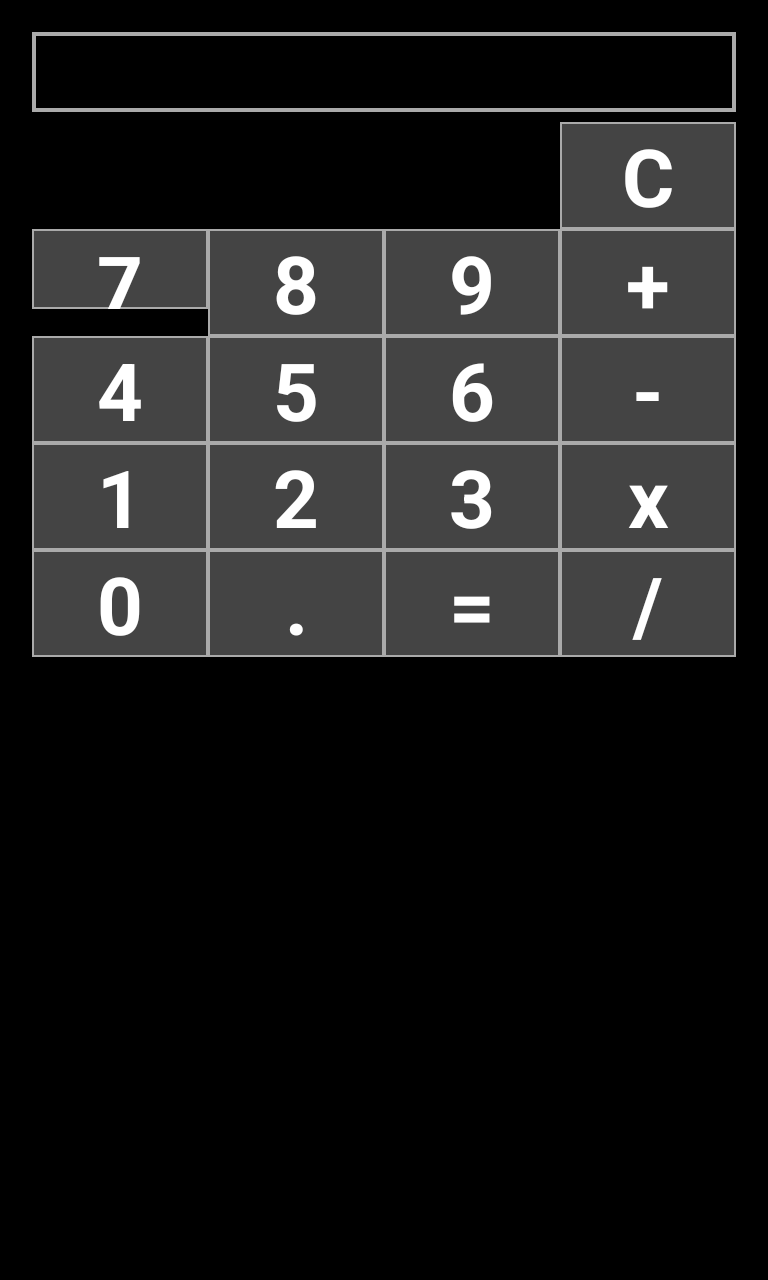
Repository: G3rcar/Android-I
Layout: SimpleCalculator/res/layout/activity_main.xml
These files come from the project's save history. The layout is drawn as it stood at one moment and after the next save; the edit follows.
It is drawn on a 768 x 1280 px phone screen (xhdpi) without system bars, with theme AppTheme; the app's code is not run.

Above is the layout before, as saved 2013-11-09 18:15:58.

### SimpleCalculator/res/layout/activity_main.xml
<ScrollView xmlns:android="http://schemas.android.com/apk/res/android"
    xmlns:tools="http://schemas.android.com/tools"
    android:id="@+id/ScrollView1"
    android:layout_width="match_parent"
    android:layout_height="match_parent"
    android:background="#000000"
    android:paddingBottom="@dimen/activity_vertical_margin"
    android:paddingLeft="@dimen/activity_horizontal_margin"
    android:paddingRight="@dimen/activity_horizontal_margin"
    android:paddingTop="@dimen/activity_vertical_margin" >

    <LinearLayout
        android:layout_width="match_parent"
        android:layout_height="wrap_content"
        android:orientation="vertical" >

        <TextView
            android:id="@+id/txvOperaciones"
            style="@style/operacionesTexto"
            android:layout_width="match_parent"
            android:layout_height="40dp" />

        <LinearLayout
            android:layout_width="match_parent"
            android:layout_height="wrap_content"
            android:paddingTop="5dp" >

            <TextView
                android:id="@+id/txvResultado"
                style="@style/resultadoNumero"
                android:layout_width="0dp"
                android:layout_weight="3"
                android:layout_height="match_parent" />

            <Button
                android:id="@+id/btnLimpiar"
                style="@style/botonNumero"
                android:layout_width="0dp"
                android:layout_height="wrap_content"
                android:layout_weight="1"
                android:text="@string/lblClear" />
        </LinearLayout>

        <LinearLayout
            android:layout_width="match_parent"
            android:layout_height="match_parent" >

            <Button
                android:id="@+id/btnSiete"
                style="@style/botonNumero"
                android:layout_width="0dp"
                android:layout_height="40dp"
                android:layout_weight="1"
                android:text="@string/lblNumSiete" />

            <Button
                android:id="@+id/btnOcho"
                style="@style/botonNumero"
                android:layout_width="0dp"
                android:layout_height="wrap_content"
                android:layout_weight="1"
                android:text="@string/lblNumOcho" />

            <Button
                android:id="@+id/btnNueve"
                style="@style/botonNumero"
                android:layout_width="0dp"
                android:layout_height="wrap_content"
                android:layout_weight="1"
                android:text="@string/lblNumNueve" />

            <Button
                android:id="@+id/btnMas"
                style="@style/botonNumero"
                android:layout_width="0dp"
                android:layout_height="wrap_content"
                android:layout_weight="1"
                android:text="@string/lblMas" />
        </LinearLayout>

        <LinearLayout
            android:layout_width="match_parent"
            android:layout_height="match_parent" >

            <Button
                android:id="@+id/btnCuatro"
                style="@style/botonNumero"
                android:layout_width="0dp"
                android:layout_height="wrap_content"
                android:layout_weight="1"
                android:text="@string/lblNumCuatro" />

            <Button
                android:id="@+id/btnCinco"
                style="@style/botonNumero"
                android:layout_width="0dp"
                android:layout_height="wrap_content"
                android:layout_weight="1"
                android:text="@string/lblNumCinco" />

            <Button
                android:id="@+id/btnSeis"
                style="@style/botonNumero"
                android:layout_width="0dp"
                android:layout_height="wrap_content"
                android:layout_weight="1"
                android:text="@string/lblNumSeis" />

            <Button
                android:id="@+id/btnMenos"
                style="@style/botonNumero"
                android:layout_width="0dp"
                android:layout_height="wrap_content"
                android:layout_weight="1"
                android:text="@string/lblMenos" />
        </LinearLayout>

        <LinearLayout
            android:layout_width="match_parent"
            android:layout_height="match_parent" >

            <Button
                android:id="@+id/btnUno"
                style="@style/botonNumero"
                android:layout_width="0dp"
                android:layout_height="wrap_content"
                android:layout_weight="1"
                android:text="@string/lblNumUno" />

            <Button
                android:id="@+id/btnDos"
                style="@style/botonNumero"
                android:layout_width="0dp"
                android:layout_height="wrap_content"
                android:layout_weight="1"
                android:text="@string/lblNumDos" />

            <Button
                android:id="@+id/btnTres"
                style="@style/botonNumero"
                android:layout_width="0dp"
                android:layout_height="wrap_content"
                android:layout_weight="1"
                android:text="@string/lblNumTres" />

            <Button
                android:id="@+id/btnMultiplicacion"
                style="@style/botonNumero"
                android:layout_width="0dp"
                android:layout_height="wrap_content"
                android:layout_weight="1"
                android:text="@string/lblMultiplicacion" />
        </LinearLayout>

        <LinearLayout
            android:layout_width="match_parent"
            android:layout_height="match_parent" >

            <Button
                android:id="@+id/btnCero"
                style="@style/botonNumero"
                android:layout_width="0dp"
                android:layout_height="wrap_content"
                android:layout_weight="1"
                android:text="@string/lblNumCero" />

            <Button
                android:id="@+id/btnPunto"
                style="@style/botonNumero"
                android:layout_width="0dp"
                android:layout_height="wrap_content"
                android:layout_weight="1"
                android:text="@string/lblPunto" />

            <Button
                android:id="@+id/btnIgual"
                style="@style/botonNumero"
                android:layout_width="0dp"
                android:layout_height="wrap_content"
                android:layout_weight="1"
                android:text="@string/lblIgual" />

            <Button
                android:id="@+id/btnDivision"
                style="@style/botonNumero"
                android:layout_width="0dp"
                android:layout_height="wrap_content"
                android:layout_weight="1"
                android:text="@string/lblDivision" />
        </LinearLayout>
    </LinearLayout>

</ScrollView>

### SimpleCalculator/res/values/styles.xml
<resources xmlns:android="http://schemas.android.com/apk/res/android">

    <!--
        Base application theme, dependent on API level. This theme is replaced
        by AppBaseTheme from res/values-vXX/styles.xml on newer devices.
    -->
    <style name="AppBaseTheme" parent="android:Theme.Light">
        <!--
            Theme customizations available in newer API levels can go in
            res/values-vXX/styles.xml, while customizations related to
            backward-compatibility can go here.
        -->
    </style>

    <!-- Application theme. -->
    <style name="AppTheme" parent="AppBaseTheme">
        <!-- All customizations that are NOT specific to a particular API-level can go here. -->
    </style>
    <style name="botonNumero">
        <item name="android:textSize">40sp</item>
        <item name="android:textStyle">bold</item>
        <item name="android:background">@drawable/button_number</item>
        <item name="android:textColor">#FFFFFF</item>
    </style>

    <style name="resultadoNumero">
        <item name="android:textSize">35sp</item>
        <item name="android:gravity">right|center</item>
        <item name="android:paddingRight">5dp</item>
        <item name="android:textColor">#FFFFFF</item>
    </style>
    <style name="operacionesTexto">
        <item name="android:textSize">15sp</item>
        <item name="android:gravity">left|center</item>
        <item name="android:paddingLeft">5dp</item>
        <item name="android:background">@drawable/border</item>

    </style>



</resources>

### SimpleCalculator/res/values/strings.xml
<?xml version="1.0" encoding="utf-8"?>
<resources>

    <string name="app_name">Simple Calculator</string>
    <string name="action_settings">Settings</string>
    <string name="hello_world">Hello world!</string>
    <string name="lblNumSiete">7</string>
    <string name="lblNumOcho">8</string>
    <string name="lblNumNueve">9</string>
    <string name="lblMas">+</string>
    <string name="lblNumCuatro">4</string>
    <string name="lblNumCinco">5</string>
    <string name="lblNumSeis">6</string>
    <string name="lblMenos">-</string>
    <string name="lblNumUno">1</string>
    <string name="lblNumDos">2</string>
    <string name="lblNumTres">3</string>
    <string name="lblMultiplicacion">x</string>
    <string name="lblNumCero">0</string>
    <string name="lblPunto">.</string>
    <string name="lblIgual">=</string>
    <string name="lblDivision">/</string>
    <string name="lblClear">C</string>

</resources>

### SimpleCalculator/res/drawable/button_number.xml
<?xml version="1.0" encoding="utf-8"?>
<selector xmlns:android="http://schemas.android.com/apk/res/android">
    <item
        android:state_pressed="true"
        android:state_enabled="true"
        android:drawable="@drawable/button_pressed" />
    <item
        android:state_focused="true"
        android:state_enabled="true"
        android:drawable="@drawable/button_normal" />
    <item
        android:state_focused="false"
        android:state_enabled="false"
        android:drawable="@drawable/button_normal" />
    <item android:drawable="@drawable/button_normal"/>
</selector>

### SimpleCalculator/res/drawable/button_pressed.xml
<?xml version="1.0" encoding="utf-8"?>
<shape xmlns:android="http://schemas.android.com/apk/res/android" >
    <solid
        android:color="#888888">
    </solid>
	<stroke android:width="1dp" android:color="#AAAAAA"/>

</shape>

### SimpleCalculator/res/drawable/button_normal.xml
<?xml version="1.0" encoding="utf-8"?>
<shape xmlns:android="http://schemas.android.com/apk/res/android" >
    <solid
        android:color="#444444">
    </solid>
	<stroke android:width="1dp" android:color="#AAAAAA"/>

</shape>

### SimpleCalculator/res/drawable/border.xml
<?xml version="1.0" encoding="utf-8"?>
<shape xmlns:android="http://schemas.android.com/apk/res/android" >
	<solid android:color="#000000" />
	<stroke android:width="2dp" android:color="#AAAAAA"/>
</shape>

Loaded but not shown: SimpleCalculator/res/values-v11/styles.xml (common file); SimpleCalculator/res/values-v14/styles.xml (common file); SimpleCalculator/res/values/dimens.xml (common file)

After the next save:
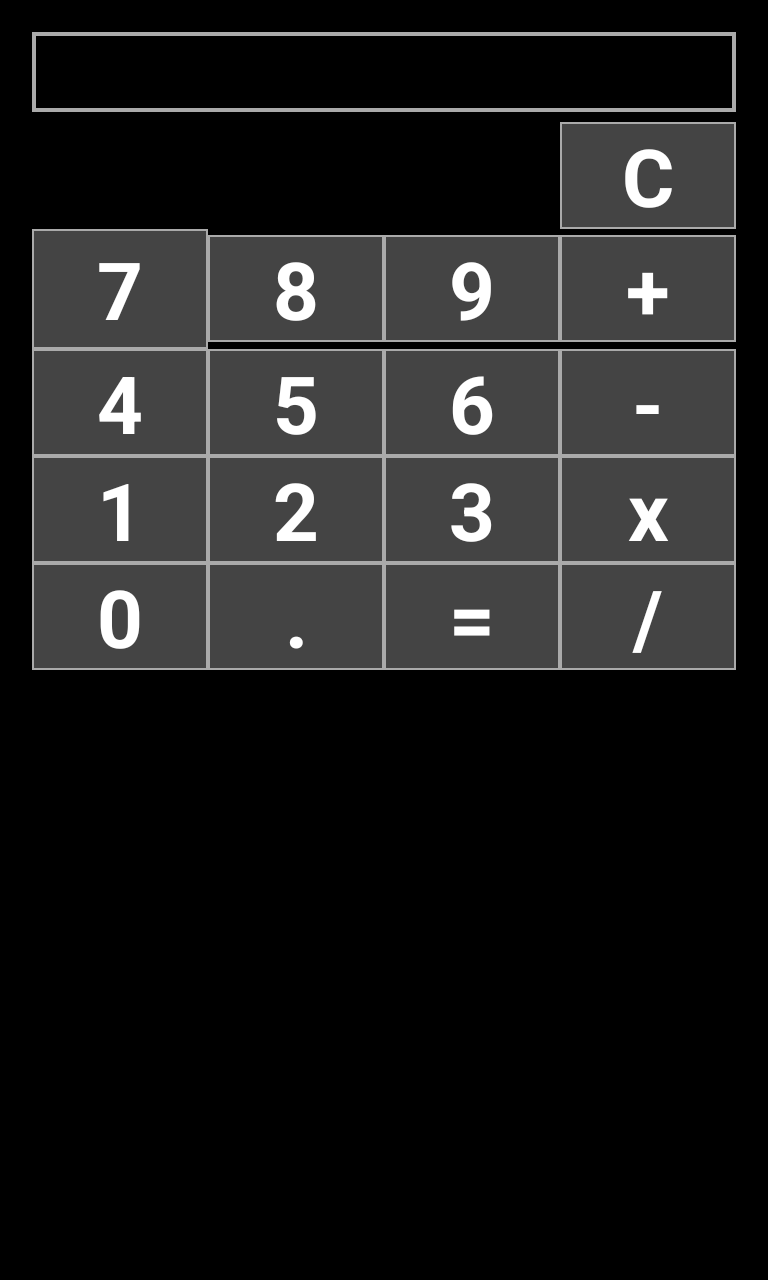
Saved 5 s later.
--- a/SimpleCalculator/res/layout/activity_main.xml
+++ b/SimpleCalculator/res/layout/activity_main.xml
@@ -49,7 +49,7 @@
                 android:id="@+id/btnSiete"
                 style="@style/botonNumero"
                 android:layout_width="0dp"
-                android:layout_height="40dp"
+                android:layout_height="60dp"
                 android:layout_weight="1"
                 android:text="@string/lblNumSiete" />
 
